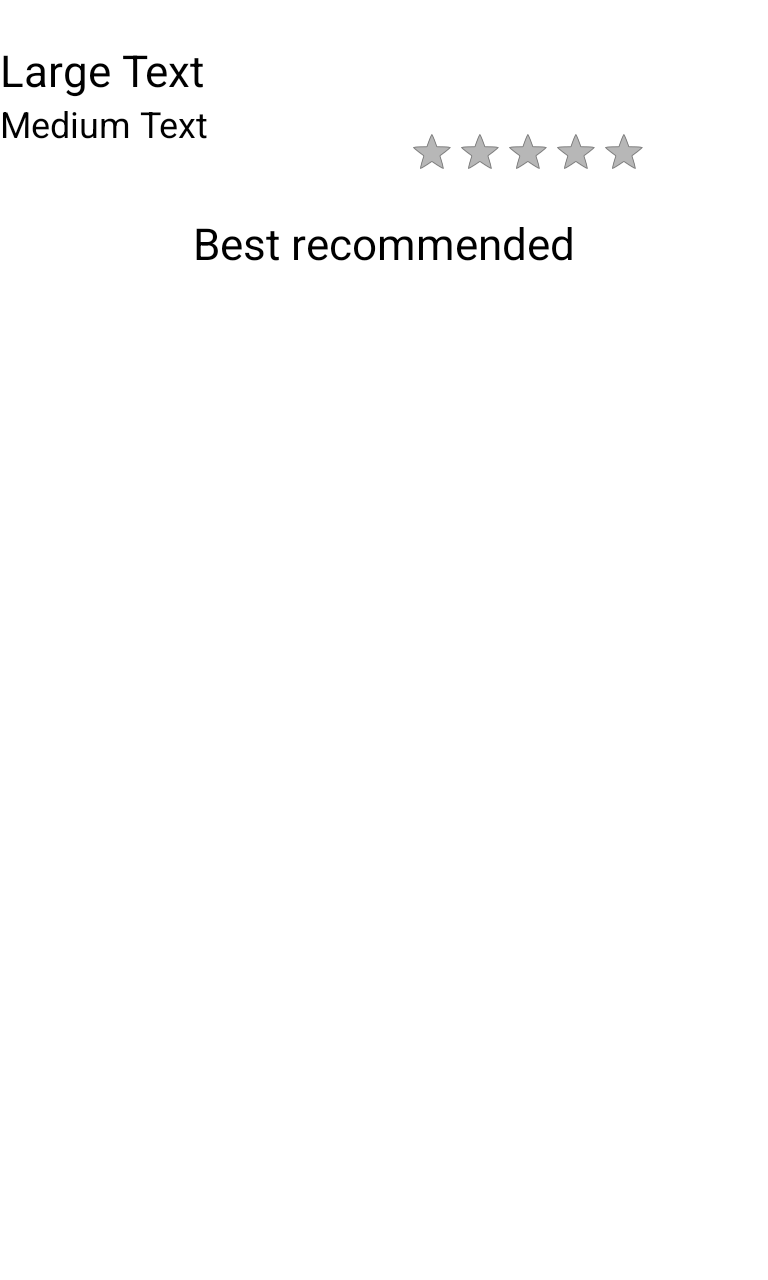
Repository: yash256/atnt
Layout: Farmdroid/res/layout/market_details.xml
These files come from the project's save history. The layout is drawn as it stood at one moment and after the next save; the edit follows.
It is drawn on a 768 x 1280 px phone screen (xhdpi) without system bars, with theme AppTheme; the app's code is not run. Lists and similar views that code fills are empty.

Above is the layout before, as saved 2014-11-10 04:38:17.

After the next save:
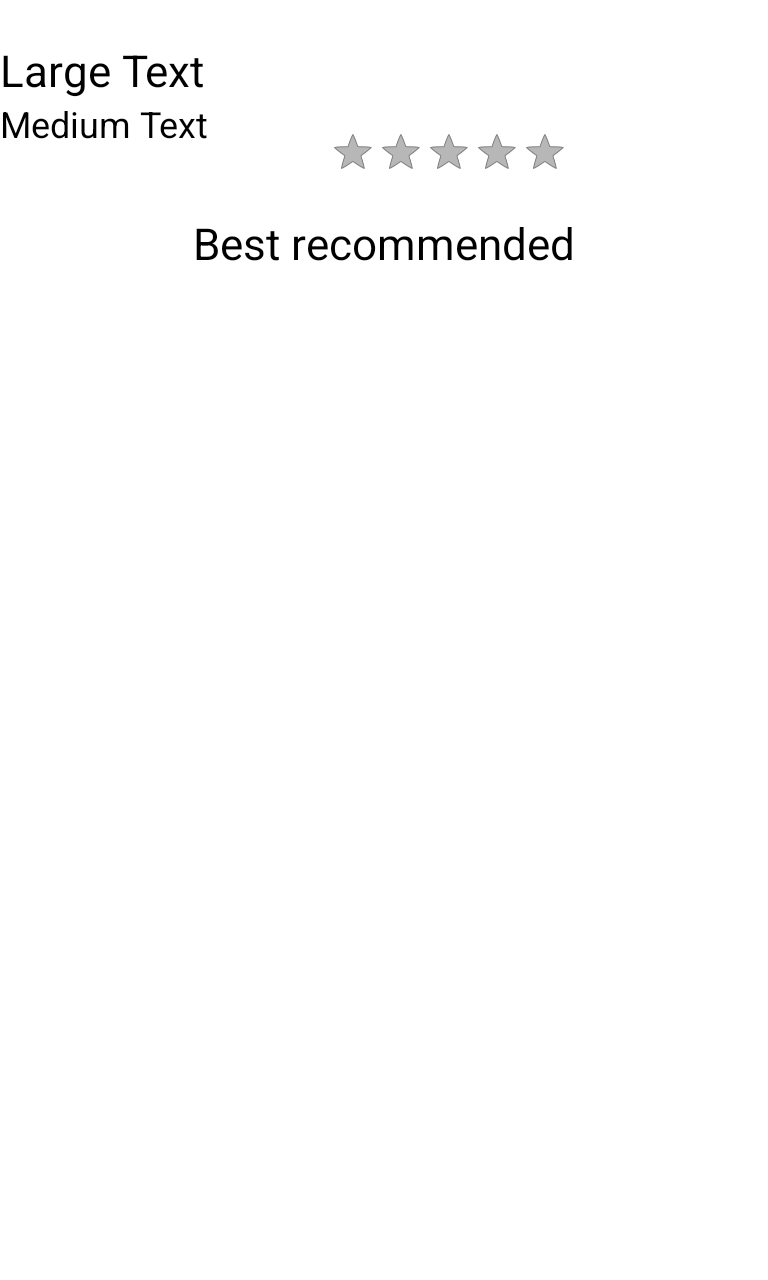
Saved 33 s later.
--- a/Farmdroid/res/layout/market_details.xml
+++ b/Farmdroid/res/layout/market_details.xml
@@ -33,7 +33,6 @@
         android:id="@+id/ratingBar1"
         android:layout_row="1"
         android:layout_columnSpan="4"
-        android:layout_gravity="right"
         android:scaleX="0.5"
         android:scaleY="0.5" />
 
